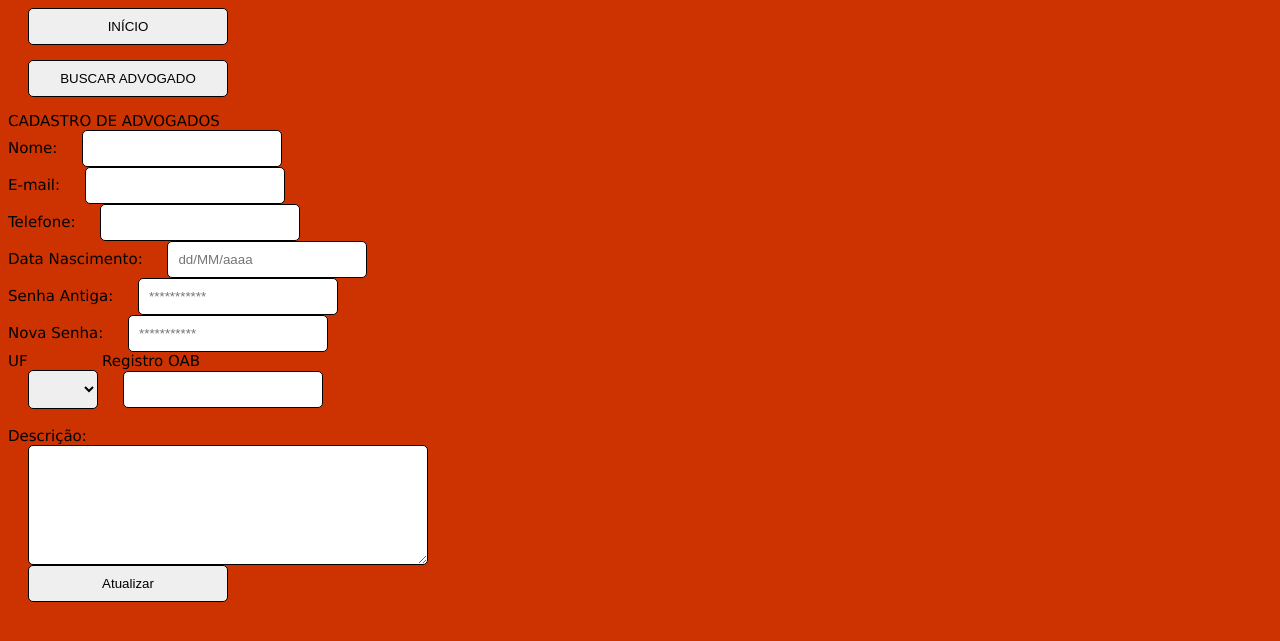
Repository: Natan16/CRUDJUSTTO
Page: http://localhost/CRUDJUSTTOWEB/edita-advogado.jsp
The author's editor kept a copy of each file at every save. The page is drawn from the files as they stood at one save, then again after the next save.
The browser window is 1280 px wide. The pictures show the whole page.
The page is served by Tomcat 9. Other server files are loaded and not shown.

Above is the page before, as saved 2019-09-01 03:00:43.

### CRUDJUSTTOWEB/WebContent/edita-advogado.jsp
<%@ page import="utils.Listagens,
				 java.util.List,
                  dao.*,
                  model.*" %>

<html>
	<head>
		<link href="Estilo.css" rel="stylesheet" media="all" />
	</head>
     <body>

     	<form action="index.html" method="post">
			<input type="submit" value="INÍCIO" >
		</form>

		<form action="consulta-advogado.jsp" method="post">
			<input type="submit" value="BUSCAR ADVOGADO" >
		</form>
          CADASTRO DE ADVOGADOS <br />

      	<form action="editaAdvogado">


			 Nome: <input type="text" name="nome" value="${param.nome}"  required/><br />
         	 E-mail: <input type="text" name="email" value="${param.email}" required/><br />
             Telefone: <input type="text" name="telefone" value="${param.telefone}"/><br />
             Data Nascimento: <input type="text" name="dataNascimento" placeholder="dd/MM/aaaa"/><br />
             Senha Antiga: <input type="password" name="senha" placeholder="***********" required/><br />
             Nova Senha: <input type="password" name="nova_senha" placeholder="***********"/><br />


                          UF &nbsp;&emsp;&emsp;&emsp;&emsp; Registro OAB <br />
             <select name="ufOAB">
           		<option selected>${param.ufOAB}</option>
             	<%
             	List<String> ufs = Listagens.getUfs();
			 	for (String uf : ufs ) {
                %>
                	<option value=<%=uf %>><%=uf%></option>
                <%
                }
                %>
  			 </select>
  			 <input type="text" name="registroOAB" value = "${param.registroOAB}"/><br />
  			 <br />

             Descrição: <br />
             <textarea rows = "5" cols = "60" name = "desc"  value = "${param.descricao}"></textarea><br>
             <input   type="submit" value="Atualizar" />
         </form>

     </body>
 </html>

### CRUDJUSTTOWEB/src/utils/Listagens.java
package utils;

import java.util.ArrayList;
import java.util.List;


public class Listagens {
	private static List<String> ufs = new ArrayList<>(
			  List.of("AC","AL","AM","AP","BA","CE","DF","ES","GO","MA","MG","MS","MT","PA","PB","PE","PI",
			"PR","RJ","RN","RO","RR","RS","SC","SE","SP","TO"));

	public static List<String> getUfs() {
		return ufs;
	}

	private static List<Character> tiposDeRegistro = new ArrayList<>(
			  List.of('A', 'B' , 'E' , 'N' , 'P' , 'D'));

	public static List<Character> getTiposDeRegistro() {
		return tiposDeRegistro;
	}

}

### CRUDJUSTTOWEB/WebContent/Estilo.css


form , body{
    font-family: Verdana,Tahoma,sans-serif;
    font-size: 15px;
    background-color: #CC3300;
    max-width: 500px;
}

h1 {
    margin-bottom: 20px;
    margin-left: 20px;
    color: #66FFFF;
    text-shadow: 5px 5px 5px black;
}

select {
	width: 70px;
    padding: 10px;
    color: black;
    margin-left: 20px;
    -webkit-border-radius: 5px;
    -moz-border-radius: 5px;
    border: 1px solid;
}

input, textarea {
    width: 200px;
    padding: 10px;
    color: black;
    margin-left: 20px;
    -webkit-border-radius: 5px;
    -moz-border-radius: 5px;
    border: 1px solid;
}

input:hover, textarea:hover, input:focus, textarea:focus {
    border-color: #000066;
    box-shadow: 5px 0px 9px #FFFF00;
    background-color: #66FFFF;
    color: black;
    font-weight: bold;
}

.submit input {
    background-color: #66FFFF;
    height: 40px;
    width: 100px;
    font-weight: bold;
    border-radius: 5px;
    -webkit-border-radius: 5px;
    -moz-border-radius: 5px;
    border: 1px solid;
    color: black;
}

textarea {
    width: 400px;
    height: 120px;
    line-height: 20px;
    max-width: 400px;
}

form label {
    margin-left: 20px;
    color: #FFFFFF;
    font-weight: bold;
}

After the next save:
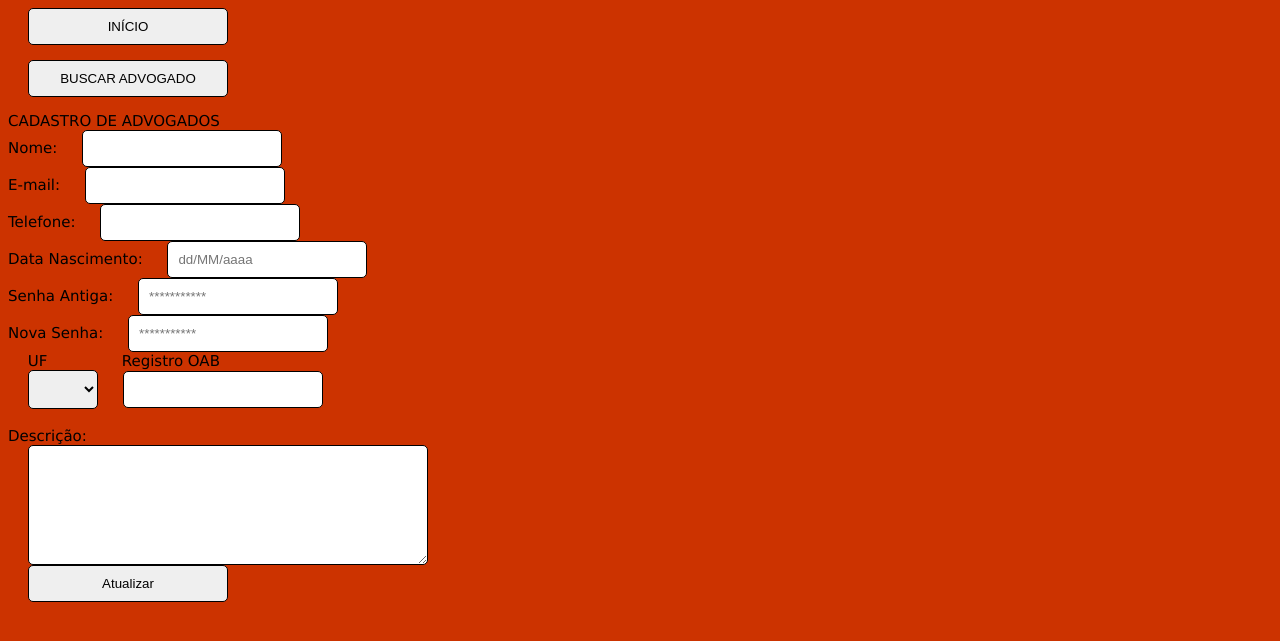
Saved 5 s later.
--- a/CRUDJUSTTOWEB/WebContent/edita-advogado.jsp
+++ b/CRUDJUSTTOWEB/WebContent/edita-advogado.jsp
@@ -29,7 +29,7 @@
              Nova Senha: <input type="password" name="nova_senha" placeholder="***********"/><br />
 
 
-                          UF &nbsp;&emsp;&emsp;&emsp;&emsp; Registro OAB <br />
+                       &emsp;   UF &nbsp;&emsp;&emsp;&emsp;&emsp; Registro OAB <br />
              <select name="ufOAB">
            		<option selected>${param.ufOAB}</option>
              	<%
